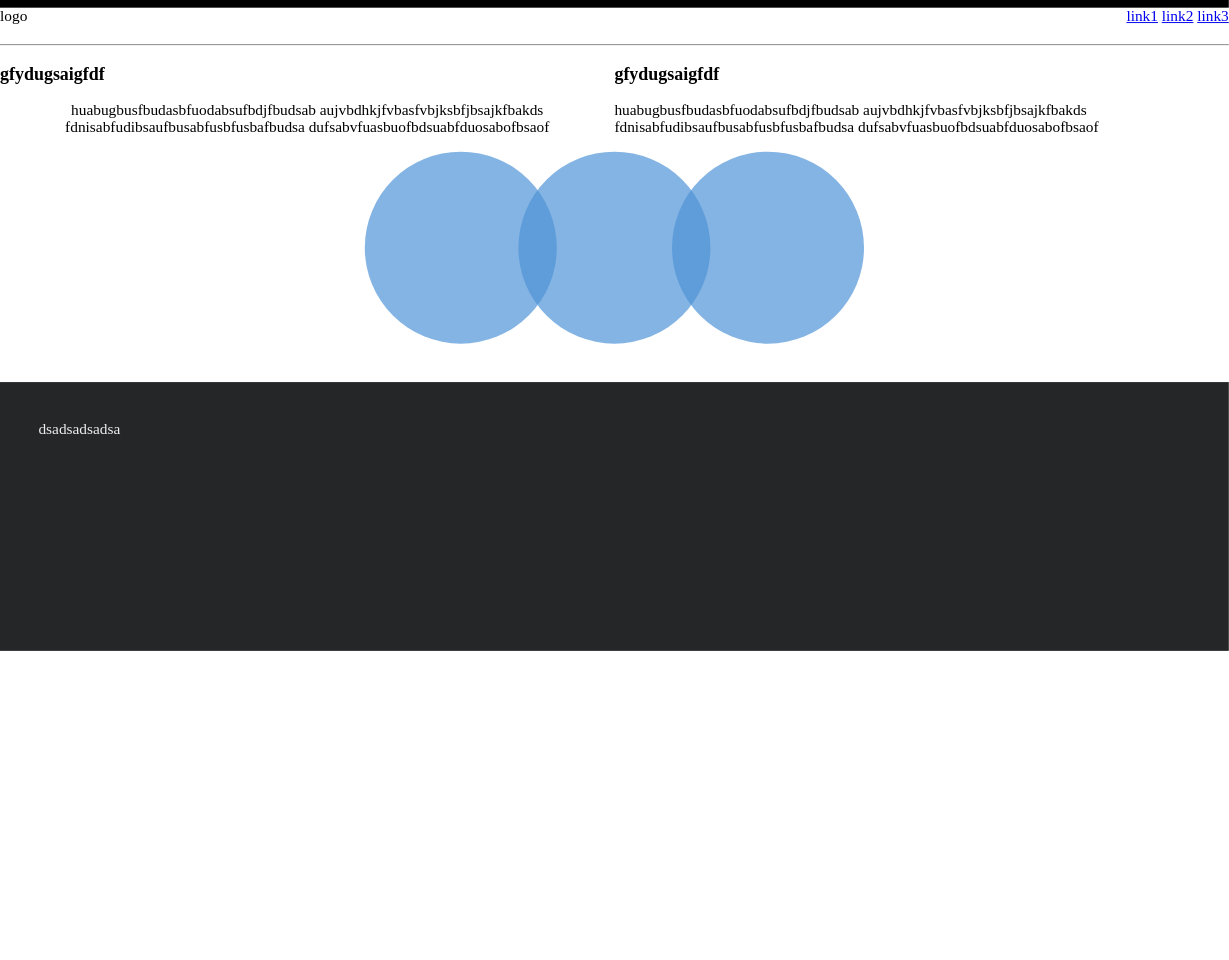
Repository: Gumiin/studia
Page: lesson 2/index.html
An editor plug-in stored every save of this project. The page is shown before and after the next save, followed by the edit.
The browser window is 1280 px wide. The pictures show the whole page, at 96% of full size.

Above is the page before, as saved 2021-03-17 17:41:13.

After the next save:
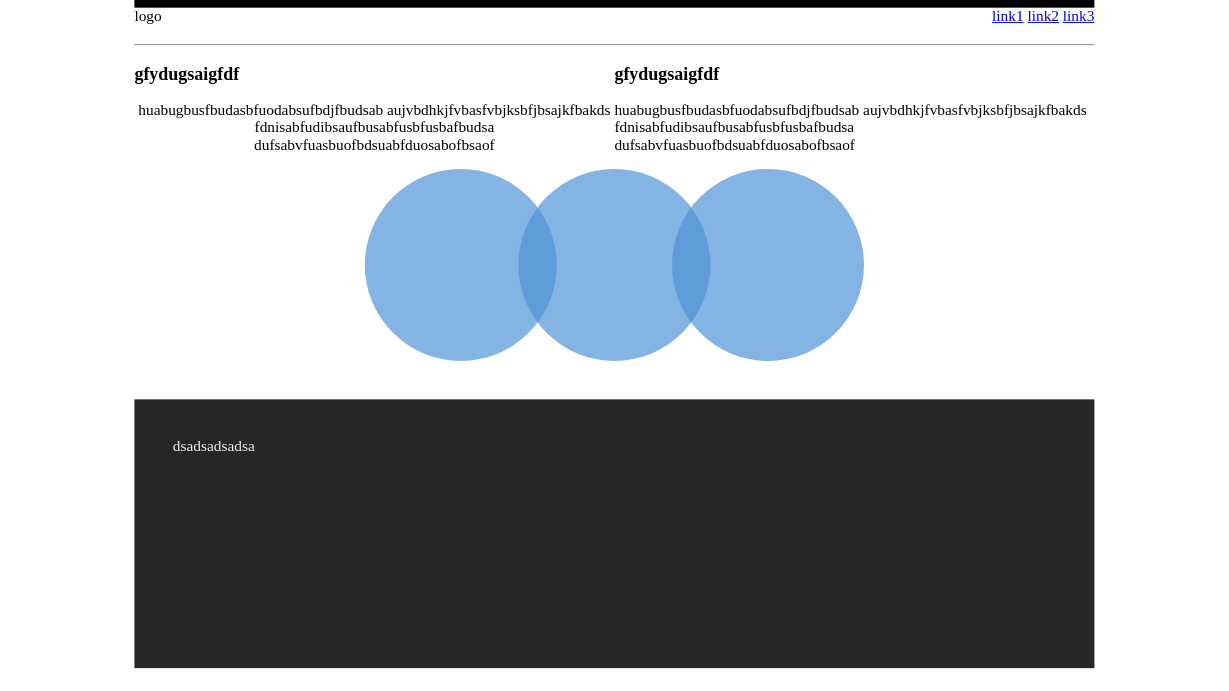
Saved 14 s later.
--- a/lesson 2/style.css
+++ b/lesson 2/style.css
@@ -2,7 +2,7 @@ body{
     margin:0px
 }
 #main{
-    height: 1000px;
+    width: 1000px;
     margin-left: auto;
     margin-right: auto;
 }
